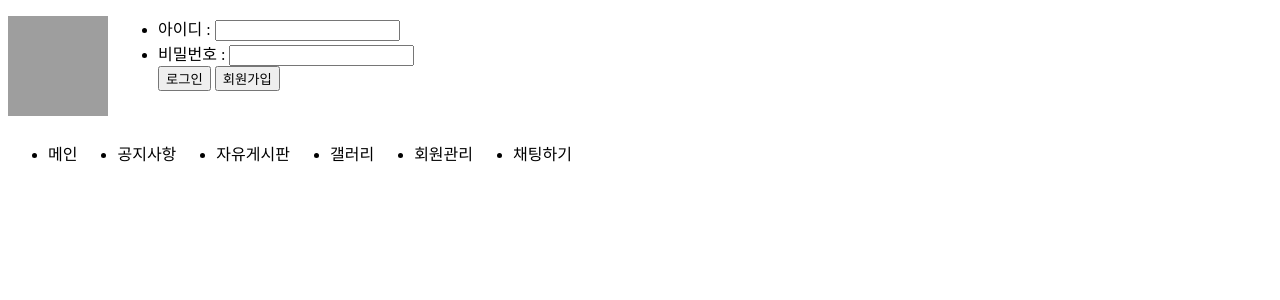
Repository: giwon8701/Qclass_KH
Page: Workspace_Java/testWebProject/WebContent/test2.html
These files come from the project's save history. The page is drawn as it stood at one moment and after the next save; the edit follows.
The browser window is 1280 px wide. The pictures show the whole page.
Pictures or frames that could not be fetched are drawn as grey boxes.

Above is the page before, as saved 2021-01-11 03:00:59.

### Workspace_Java/testWebProject/WebContent/test2.html
<!doctype html>
<html lang="ko">
<head>
<meta charset="UTF-8">
<style>
.nav li {
	float: left;
	margin-right: 40px;
}
</style>
</head>

<body>
	<header>
		<img src="resources/images/logo.gif" style="margin-right:50px; width:100px; height:100px; float:left;">
		<form>
			<ul>
				<li>
					<label>아이디 : </label>
					<input type="text">
				</li>
				<li>
					<label>비밀번호 : </label>
					<input type="text">
				</li>
				<li style="list-style-type:none;">
					<input type="submit" value="로그인">
					<button>회원가입</button>
				</li>
			</ul>
		</form>

		<br>

		<ul class="nav" style="float:left;">
			<li>메인</li>
			<li>공지사항</li>
			<li>자유게시판</li>
			<li>갤러리</li>
			<li>회원관리</li>
			<li>채팅하기</li>
		</ul>
	</header>

	<section>

	</section>

	<footer>

	</footer>
</body>
</html>

After the next save:
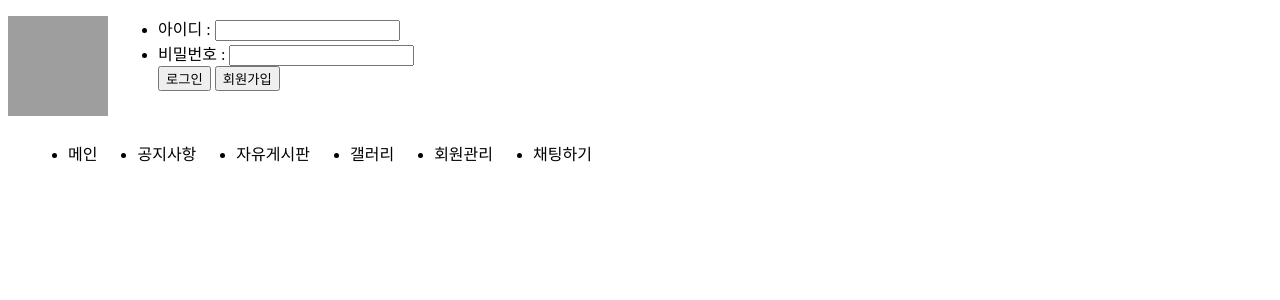
Saved 16 s later.
--- a/Workspace_Java/testWebProject/WebContent/test2.html
+++ b/Workspace_Java/testWebProject/WebContent/test2.html
@@ -5,7 +5,8 @@
 <style>
 .nav li {
 	float: left;
-	margin-right: 40px;
+	margin-left: 20px;
+	margin-right: 20px;
 }
 </style>
 </head>
